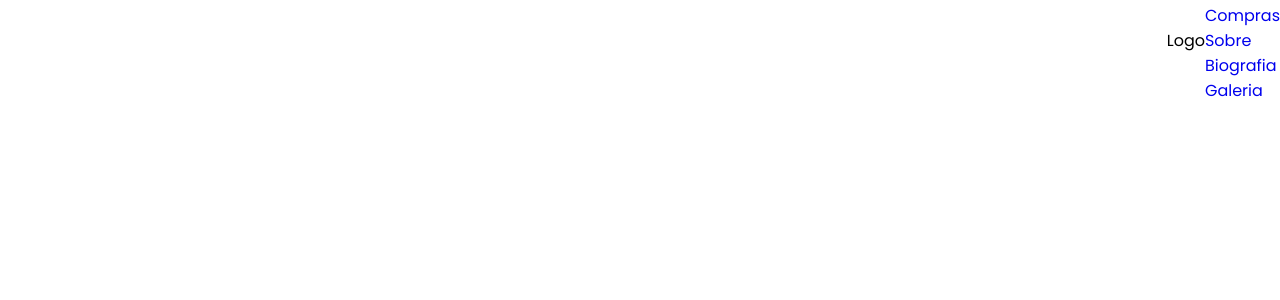
Repository: Matheus904-12/Teste
Page: teste.html
These files come from the project's save history. The page is drawn as it stood at one moment and after a run of saves; the edit follows.
The browser window is 1280 px wide. The pictures show the whole page.

Above is the page before, as saved 2023-11-01 10:00:25.

After the next 3 saves:
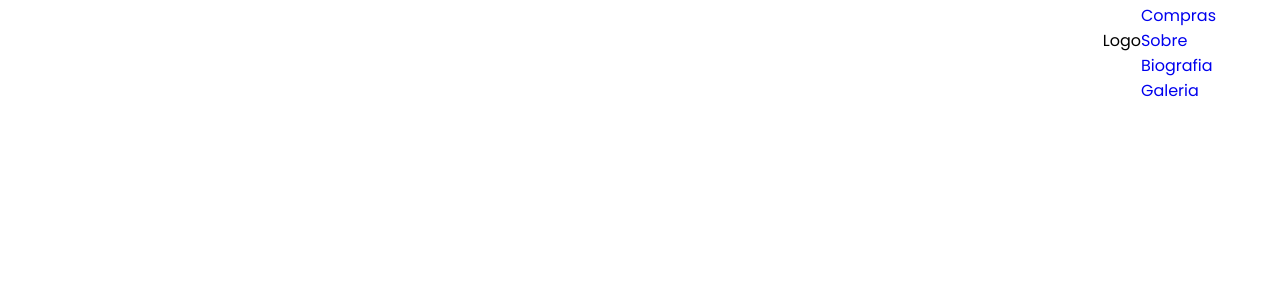
The 3 saves are shown as one change because they came seconds apart.
The last was saved 8 s later.
--- a/css.css
+++ b/css.css
@@ -21,5 +21,5 @@ header {
     justify-content: flex-end;
     width: 100%;
     height: 80px;
-
+    padding: 0 5%;
 }
